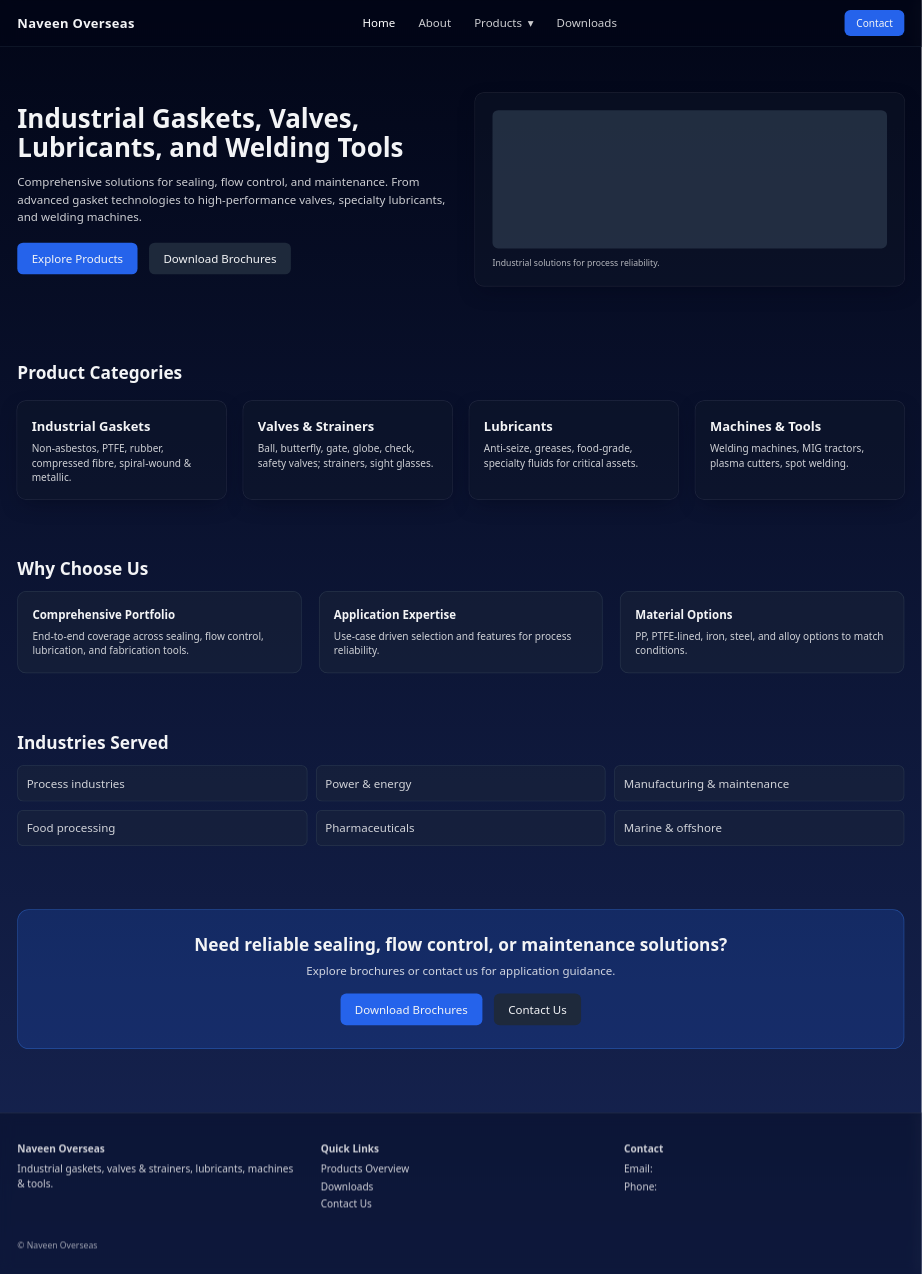
Repository: krish634-ai/overs
Page: /
These files come from the project's save history. The page is drawn as it stood at one moment and after the next save; the edit follows.
The browser window is 1280 px wide. The pictures show the whole page, at 72% of full size.
The project was rebuilt for these pictures with package versions that can differ from the ones it lists, and the page was loaded fresh each time. Also part of the build but not shown: vite.config.js, src/pages/About.jsx, src/pages/Products.jsx, src/pages/Gaskets.jsx, src/pages/Valves.jsx, src/pages/Lubricants.jsx, src/pages/MachinesTools.jsx, src/pages/Contact.jsx and 1 more.

Above is the page before, as saved 2025-11-19 14:21:07.

### index.html
<!doctype html>
<html lang="en">
  <head>
    <meta charset="UTF-8" />
    <meta name="viewport" content="width=device-width, initial-scale=1.0" />
    <title>Naveen Overseas</title>
  </head>
  <body>
    <div id="root"></div>
    <script type="module" src="/src/main.jsx"></script>
  </body>
</html>

### src/main.jsx
import React from 'react'
import ReactDOM from 'react-dom/client'
import { BrowserRouter } from 'react-router-dom'
import App from './App.jsx'
import './styles.css'

ReactDOM.createRoot(document.getElementById('root')).render(
  <React.StrictMode>
    <BrowserRouter>
      <App />
    </BrowserRouter>
  </React.StrictMode>
)

### src/App.jsx
import { Routes, Route } from 'react-router-dom'
import Layout from './components/Layout.jsx'
import Home from './pages/Home.jsx'
import About from './pages/About.jsx'
import Products from './pages/Products.jsx'
import Gaskets from './pages/Gaskets.jsx'
import Valves from './pages/Valves.jsx'
import Lubricants from './pages/Lubricants.jsx'
import MachinesTools from './pages/MachinesTools.jsx'
import Contact from './pages/Contact.jsx'
import Downloads from './pages/Downloads.jsx'

export default function App() {
  return (
    <Layout>
      <Routes>
        <Route path="/" element={<Home />} />
        <Route path="/about" element={<About />} />
        <Route path="/products" element={<Products />} />
        <Route path="/gaskets" element={<Gaskets />} />
        <Route path="/valves" element={<Valves />} />
        <Route path="/lubricants" element={<Lubricants />} />
        <Route path="/machines-tools" element={<MachinesTools />} />
        <Route path="/contact" element={<Contact />} />
        <Route path="/downloads" element={<Downloads />} />
      </Routes>
    </Layout>
  )
}

### src/styles.css
@tailwind base;
@tailwind components;
@tailwind utilities;

html, body, #root {
  height: 100%;
}

### src/components/Layout.jsx
import Nav from './Nav.jsx'
import Footer from './Footer.jsx'

export default function Layout({ children }) {
  return (
    <div className="min-h-screen flex flex-col bg-gradient-to-b from-slate-950 to-blue-950 text-gray-100">
      <header className="sticky top-0 z-40 border-b border-slate-800/60 bg-slate-950/60 backdrop-blur">
        <Nav />
      </header>
      <main className="flex-1">{children}</main>
      <Footer />
    </div>
  )
}

### src/pages/Home.jsx
import { Link } from 'react-router-dom'

export default function Home() {
  return (
    <div>
      <section className="container mx-auto px-6 py-16">
        <div className="grid md:grid-cols-2 gap-10 items-center">
          <div>
            <h1 className="text-3xl md:text-4xl font-bold leading-tight">Industrial Gaskets, Valves, Lubricants, and Welding Tools</h1>
            <p className="mt-4 text-white/80">Comprehensive solutions for sealing, flow control, and maintenance. From advanced gasket technologies to high-performance valves, specialty lubricants, and welding machines.</p>
            <div className="mt-6 flex gap-4">
              <Link to="/products" className="inline-flex items-center rounded-lg bg-blue-600 px-5 py-2.5 font-medium hover:bg-blue-500">Explore Products</Link>
              <Link to="/downloads" className="inline-flex items-center rounded-lg bg-slate-800 px-5 py-2.5 font-medium hover:bg-slate-700">Download Brochures</Link>
            </div>
          </div>
          <div className="rounded-xl bg-slate-900/40 p-6 ring-1 ring-white/10 shadow-soft">
            <div data-image="hero-industrial.jpg" className="h-48 w-full rounded-lg bg-slate-700/60"></div>
            <p className="mt-3 text-xs text-white/70">Industrial solutions for process reliability.</p>
          </div>
        </div>
      </section>

      <section className="container mx-auto px-6 py-10">
        <h2 className="text-2xl font-semibold">Product Categories</h2>
        <div className="mt-6 grid sm:grid-cols-2 lg:grid-cols-4 gap-6">
          <Link to="/gaskets" className="block rounded-xl bg-slate-900/40 ring-1 ring-white/10 p-5 hover:bg-slate-800/60 transition shadow-soft">
            <h3 className="text-lg font-semibold">Industrial Gaskets</h3>
            <p className="mt-2 text-sm text-white/80">Non-asbestos, PTFE, rubber, compressed fibre, spiral-wound &amp; metallic.</p>
          </Link>
          <Link to="/valves" className="block rounded-xl bg-slate-900/40 ring-1 ring-white/10 p-5 hover:bg-slate-800/60 transition shadow-soft">
            <h3 className="text-lg font-semibold">Valves &amp; Strainers</h3>
            <p className="mt-2 text-sm text-white/80">Ball, butterfly, gate, globe, check, safety valves; strainers, sight glasses.</p>
          </Link>
          <Link to="/lubricants" className="block rounded-xl bg-slate-900/40 ring-1 ring-white/10 p-5 hover:bg-slate-800/60 transition shadow-soft">
            <h3 className="text-lg font-semibold">Lubricants</h3>
            <p className="mt-2 text-sm text-white/80">Anti-seize, greases, food-grade, specialty fluids for critical assets.</p>
          </Link>
          <Link to="/machines-tools" className="block rounded-xl bg-slate-900/40 ring-1 ring-white/10 p-5 hover:bg-slate-800/60 transition shadow-soft">
            <h3 className="text-lg font-semibold">Machines &amp; Tools</h3>
            <p className="mt-2 text-sm text-white/80">Welding machines, MIG tractors, plasma cutters, spot welding.</p>
          </Link>
        </div>
      </section>

      <section className="container mx-auto px-6 py-10">
        <h2 className="text-2xl font-semibold">Why Choose Us</h2>
        <div className="mt-4 grid sm:grid-cols-2 lg:grid-cols-3 gap-6">
          <div className="rounded-xl border border-slate-700/60 bg-slate-800/40 p-5">
            <h3 className="font-semibold">Comprehensive Portfolio</h3>
            <p className="mt-2 text-sm text-white/80">End-to-end coverage across sealing, flow control, lubrication, and fabrication tools.</p>
          </div>
          <div className="rounded-xl border border-slate-700/60 bg-slate-800/40 p-5">
            <h3 className="font-semibold">Application Expertise</h3>
            <p className="mt-2 text-sm text-white/80">Use-case driven selection and features for process reliability.</p>
          </div>
          <div className="rounded-xl border border-slate-700/60 bg-slate-800/40 p-5">
            <h3 className="font-semibold">Material Options</h3>
            <p className="mt-2 text-sm text-white/80">PP, PTFE-lined, iron, steel, and alloy options to match conditions.</p>
          </div>
        </div>
      </section>

      <section className="container mx-auto px-6 py-10">
        <h2 className="text-2xl font-semibold">Industries Served</h2>
        <ul className="mt-4 grid sm:grid-cols-2 lg:grid-cols-3 gap-3 text-white/80">
          <li className="rounded-lg bg-slate-800/40 border border-slate-700/60 p-3">Process industries</li>
          <li className="rounded-lg bg-slate-800/40 border border-slate-700/60 p-3">Power &amp; energy</li>
          <li className="rounded-lg bg-slate-800/40 border border-slate-700/60 p-3">Manufacturing &amp; maintenance</li>
          <li className="rounded-lg bg-slate-800/40 border border-slate-700/60 p-3">Food processing</li>
          <li className="rounded-lg bg-slate-800/40 border border-slate-700/60 p-3">Pharmaceuticals</li>
          <li className="rounded-lg bg-slate-800/40 border border-slate-700/60 p-3">Marine &amp; offshore</li>
        </ul>
      </section>

      <section className="container mx-auto px-6 py-12">
        <div className="rounded-2xl bg-blue-600/20 border border-blue-500/40 p-8 text-center">
          <h2 className="text-2xl font-semibold">Need reliable sealing, flow control, or maintenance solutions?</h2>
          <p className="mt-2 text-white/80">Explore brochures or contact us for application guidance.</p>
          <div className="mt-5 flex justify-center gap-4">
            <Link to="/downloads" className="inline-flex items-center rounded-lg bg-blue-600 px-5 py-2.5 font-medium hover:bg-blue-500">Download Brochures</Link>
            <Link to="/contact" className="inline-flex items-center rounded-lg bg-slate-800 px-5 py-2.5 font-medium hover:bg-slate-700">Contact Us</Link>
          </div>
        </div>
      </section>
    </div>
  )
}

### src/components/Nav.jsx
import { useState } from 'react'
import { NavLink, Link } from 'react-router-dom'

export default function Nav() {
  const [openProducts, setOpenProducts] = useState(false)
  const [mobileOpen, setMobileOpen] = useState(false)

  const linkClass = ({ isActive }) =>
    `transition-colors hover:text-white ${isActive ? 'text-white' : 'text-white/80'}`

  return (
    <div className="container mx-auto px-6">
      <div className="flex h-16 items-center justify-between">
        <NavLink to="/" className="text-lg font-semibold tracking-wide">Naveen Overseas</NavLink>
        <div className="hidden md:flex items-center gap-8">
          <NavLink to="/" className={linkClass}>Home</NavLink>
          <NavLink to="/about" className={linkClass}>About</NavLink>
          <div className="relative">
            <button className="text-white/80 hover:text-white transition-colors inline-flex items-center gap-2" onClick={() => setOpenProducts(v => !v)}>
              Products
              <span className={`transition-transform ${openProducts ? 'rotate-180' : 'rotate-0'}`}>▾</span>
            </button>
            {openProducts && (
              <div className="absolute left-0 mt-3 w-[560px] rounded-xl bg-slate-900/90 backdrop-blur ring-1 ring-white/10 shadow-soft p-6 grid grid-cols-2 gap-4">
                <Link to="/products" className="col-span-2 rounded-lg bg-slate-800/40 ring-1 ring-white/10 px-4 py-3 hover:bg-slate-800/60">Overview</Link>
                <Link to="/gaskets" className="rounded-lg bg-slate-800/40 ring-1 ring-white/10 px-4 py-3 hover:bg-slate-800/60">Gaskets</Link>
                <Link to="/valves" className="rounded-lg bg-slate-800/40 ring-1 ring-white/10 px-4 py-3 hover:bg-slate-800/60">Valves &amp; Strainers</Link>
                <Link to="/lubricants" className="rounded-lg bg-slate-800/40 ring-1 ring-white/10 px-4 py-3 hover:bg-slate-800/60">Lubricants</Link>
                <Link to="/machines-tools" className="rounded-lg bg-slate-800/40 ring-1 ring-white/10 px-4 py-3 hover:bg-slate-800/60">Machines &amp; Tools</Link>
              </div>
            )}
          </div>
          <NavLink to="/downloads" className={linkClass}>Downloads</NavLink>
        </div>
        <div className="hidden md:flex items-center gap-3">
          <NavLink to="/contact" className="inline-flex items-center rounded-lg bg-brand px-4 py-2 text-sm font-medium hover:bg-brand-dark">Contact</NavLink>
        </div>
        <button className="md:hidden inline-flex items-center rounded-lg bg-slate-800 px-3 py-2" onClick={() => setMobileOpen(true)}>Menu</button>
      </div>

      {mobileOpen && (
        <div className="fixed inset-0 z-50 bg-slate-950/80 backdrop-blur">
          <div className="absolute inset-x-0 top-0 bg-slate-900/90 p-6 border-b border-white/10">
            <div className="flex items-center justify-between">
              <Link to="/" className="text-lg font-semibold">Naveen Overseas</Link>
              <button className="inline-flex items-center rounded-lg bg-slate-800 px-3 py-2" onClick={() => setMobileOpen(false)}>Close</button>
            </div>
            <div className="mt-6 grid gap-3 text-sm">
              <NavLink to="/" className="rounded-lg bg-slate-800/40 px-4 py-3" onClick={() => setMobileOpen(false)}>Home</NavLink>
              <NavLink to="/about" className="rounded-lg bg-slate-800/40 px-4 py-3" onClick={() => setMobileOpen(false)}>About</NavLink>
              <NavLink to="/products" className="rounded-lg bg-slate-800/40 px-4 py-3" onClick={() => setMobileOpen(false)}>Products Overview</NavLink>
              <NavLink to="/gaskets" className="rounded-lg bg-slate-800/40 px-4 py-3" onClick={() => setMobileOpen(false)}>Gaskets</NavLink>
              <NavLink to="/valves" className="rounded-lg bg-slate-800/40 px-4 py-3" onClick={() => setMobileOpen(false)}>Valves &amp; Strainers</NavLink>
              <NavLink to="/lubricants" className="rounded-lg bg-slate-800/40 px-4 py-3" onClick={() => setMobileOpen(false)}>Lubricants</NavLink>
              <NavLink to="/machines-tools" className="rounded-lg bg-slate-800/40 px-4 py-3" onClick={() => setMobileOpen(false)}>Machines &amp; Tools</NavLink>
              <NavLink to="/downloads" className="rounded-lg bg-slate-800/40 px-4 py-3" onClick={() => setMobileOpen(false)}>Downloads</NavLink>
              <NavLink to="/contact" className="rounded-lg bg-brand px-4 py-3 text-center" onClick={() => setMobileOpen(false)}>Contact</NavLink>
            </div>
          </div>
        </div>
      )}
    </div>
  )
}

### src/components/Footer.jsx
export default function Footer() {
  return (
    <footer className="mt-10 border-t border-white/10 bg-slate-950/40 backdrop-blur">
      <div className="container mx-auto px-6 py-10 grid md:grid-cols-3 gap-8 text-sm text-white/80">
        <div>
          <div className="font-semibold">Naveen Overseas</div>
          <p className="mt-2">Industrial gaskets, valves &amp; strainers, lubricants, machines &amp; tools.</p>
        </div>
        <div>
          <div className="font-semibold">Quick Links</div>
          <ul className="mt-2 space-y-1">
            <li><a href="/products" className="hover:text-white/90">Products Overview</a></li>
            <li><a href="/downloads" className="hover:text-white/90">Downloads</a></li>
            <li><a href="/contact" className="hover:text-white/90">Contact Us</a></li>
          </ul>
        </div>
        <div>
          <div className="font-semibold">Contact</div>
          <ul className="mt-2 space-y-1">
            <li>Email: </li>
            <li>Phone: </li>
          </ul>
        </div>
      </div>
      <div className="container mx-auto px-6 pb-8 text-xs text-white/60">&copy; Naveen Overseas</div>
    </footer>
  )
}

### tailwind.config.js
export default {
  content: [
    './index.html',
    './src/**/*.{js,jsx,ts,tsx}',
  ],
  theme: {
    extend: {
      colors: {
        brand: {
          DEFAULT: '#2563eb',
          dark: '#1e40af',
        },
      },
      boxShadow: {
        soft: '0 10px 30px -10px rgba(2, 6, 23, 0.6)',
      },
    },
  },
  plugins: [],
}

### src/config/navLinks.js
export const navPrimary = [
  { to: '/', label: 'Home' },
  { to: '/about', label: 'About' },
  { to: '/downloads', label: 'Downloads' },
]

export const productsDropdown = [
  { to: '/products', label: 'Overview' },
  { to: '/gaskets', label: 'Gaskets' },
  { to: '/valves', label: 'Valves & Strainers' },
  { to: '/lubricants', label: 'Lubricants' },
  { to: '/machines-tools', label: 'Machines & Tools' },
]

After the next save:
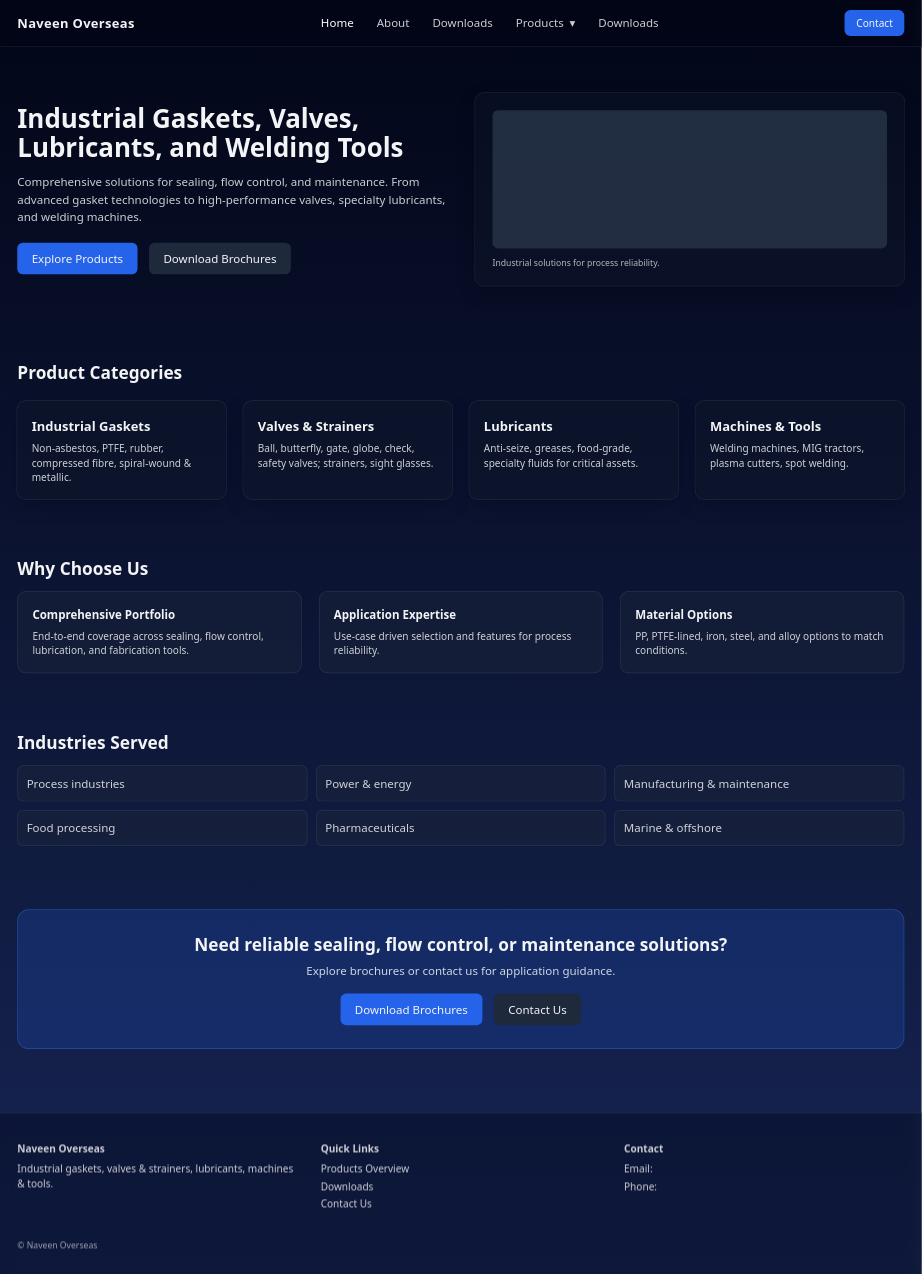
Saved 2 s later.
--- a/src/components/Nav.jsx
+++ b/src/components/Nav.jsx
@@ -1,5 +1,6 @@
 import { useState } from 'react'
 import { NavLink, Link } from 'react-router-dom'
+import { navPrimary, productsDropdown } from '../config/navLinks.js'
 
 export default function Nav() {
   const [openProducts, setOpenProducts] = useState(false)
@@ -13,8 +14,9 @@ export default function Nav() {
       <div className="flex h-16 items-center justify-between">
         <NavLink to="/" className="text-lg font-semibold tracking-wide">Naveen Overseas</NavLink>
         <div className="hidden md:flex items-center gap-8">
-          <NavLink to="/" className={linkClass}>Home</NavLink>
-          <NavLink to="/about" className={linkClass}>About</NavLink>
+          {navPrimary.map((l) => (
+            <NavLink key={l.to} to={l.to} className={linkClass}>{l.label}</NavLink>
+          ))}
           <div className="relative">
             <button className="text-white/80 hover:text-white transition-colors inline-flex items-center gap-2" onClick={() => setOpenProducts(v => !v)}>
               Products
@@ -22,11 +24,9 @@ export default function Nav() {
             </button>
             {openProducts && (
               <div className="absolute left-0 mt-3 w-[560px] rounded-xl bg-slate-900/90 backdrop-blur ring-1 ring-white/10 shadow-soft p-6 grid grid-cols-2 gap-4">
-                <Link to="/products" className="col-span-2 rounded-lg bg-slate-800/40 ring-1 ring-white/10 px-4 py-3 hover:bg-slate-800/60">Overview</Link>
-                <Link to="/gaskets" className="rounded-lg bg-slate-800/40 ring-1 ring-white/10 px-4 py-3 hover:bg-slate-800/60">Gaskets</Link>
-                <Link to="/valves" className="rounded-lg bg-slate-800/40 ring-1 ring-white/10 px-4 py-3 hover:bg-slate-800/60">Valves &amp; Strainers</Link>
-                <Link to="/lubricants" className="rounded-lg bg-slate-800/40 ring-1 ring-white/10 px-4 py-3 hover:bg-slate-800/60">Lubricants</Link>
-                <Link to="/machines-tools" className="rounded-lg bg-slate-800/40 ring-1 ring-white/10 px-4 py-3 hover:bg-slate-800/60">Machines &amp; Tools</Link>
+                {productsDropdown.map((p, idx) => (
+                  <Link key={p.to} to={p.to} className={`${idx === 0 ? 'col-span-2' : ''} rounded-lg bg-slate-800/40 ring-1 ring-white/10 px-4 py-3 hover:bg-slate-800/60`}>{p.label}</Link>
+                ))}
               </div>
             )}
           </div>
@@ -46,14 +46,12 @@ export default function Nav() {
               <button className="inline-flex items-center rounded-lg bg-slate-800 px-3 py-2" onClick={() => setMobileOpen(false)}>Close</button>
             </div>
             <div className="mt-6 grid gap-3 text-sm">
-              <NavLink to="/" className="rounded-lg bg-slate-800/40 px-4 py-3" onClick={() => setMobileOpen(false)}>Home</NavLink>
-              <NavLink to="/about" className="rounded-lg bg-slate-800/40 px-4 py-3" onClick={() => setMobileOpen(false)}>About</NavLink>
-              <NavLink to="/products" className="rounded-lg bg-slate-800/40 px-4 py-3" onClick={() => setMobileOpen(false)}>Products Overview</NavLink>
-              <NavLink to="/gaskets" className="rounded-lg bg-slate-800/40 px-4 py-3" onClick={() => setMobileOpen(false)}>Gaskets</NavLink>
-              <NavLink to="/valves" className="rounded-lg bg-slate-800/40 px-4 py-3" onClick={() => setMobileOpen(false)}>Valves &amp; Strainers</NavLink>
-              <NavLink to="/lubricants" className="rounded-lg bg-slate-800/40 px-4 py-3" onClick={() => setMobileOpen(false)}>Lubricants</NavLink>
-              <NavLink to="/machines-tools" className="rounded-lg bg-slate-800/40 px-4 py-3" onClick={() => setMobileOpen(false)}>Machines &amp; Tools</NavLink>
-              <NavLink to="/downloads" className="rounded-lg bg-slate-800/40 px-4 py-3" onClick={() => setMobileOpen(false)}>Downloads</NavLink>
+              {navPrimary.map((l) => (
+                <NavLink key={l.to} to={l.to} className="rounded-lg bg-slate-800/40 px-4 py-3" onClick={() => setMobileOpen(false)}>{l.label}</NavLink>
+              ))}
+              {productsDropdown.map((p) => (
+                <NavLink key={p.to} to={p.to} className="rounded-lg bg-slate-800/40 px-4 py-3" onClick={() => setMobileOpen(false)}>{p.label}</NavLink>
+              ))}
               <NavLink to="/contact" className="rounded-lg bg-brand px-4 py-3 text-center" onClick={() => setMobileOpen(false)}>Contact</NavLink>
             </div>
           </div>
